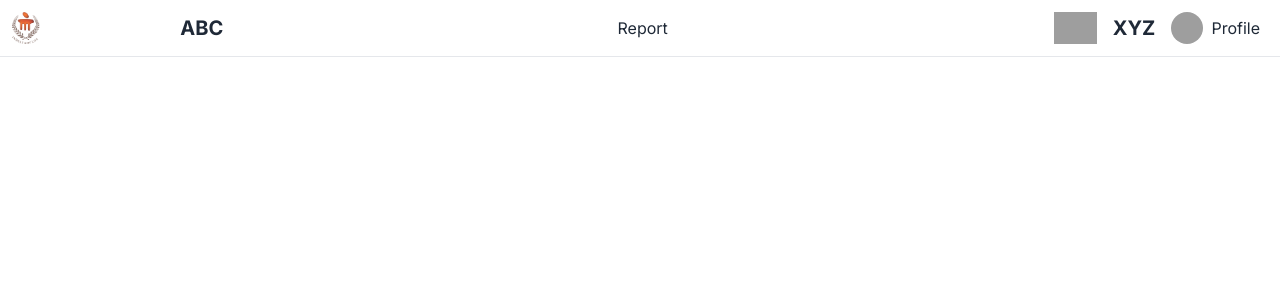
Repository: gauravbhindwar/mentorlink
Page: /pages/admin/admindashboard
These files come from the project's save history. The page is drawn as it stood at one moment and after the next save; the edit follows.
The browser window is 1280 px wide. The pictures show the whole page.
Pictures or frames that could not be fetched are drawn as grey boxes. The project was rebuilt for these pictures with package versions that can differ from the ones it lists, and the page was loaded fresh each time. The framework's server and built-in components were replaced by stand-ins that run in the browser. Also part of the build but not shown: next.config.js, next.config.ts.

Above is the page before, as saved 2024-11-06 17:06:55.

After the next save:
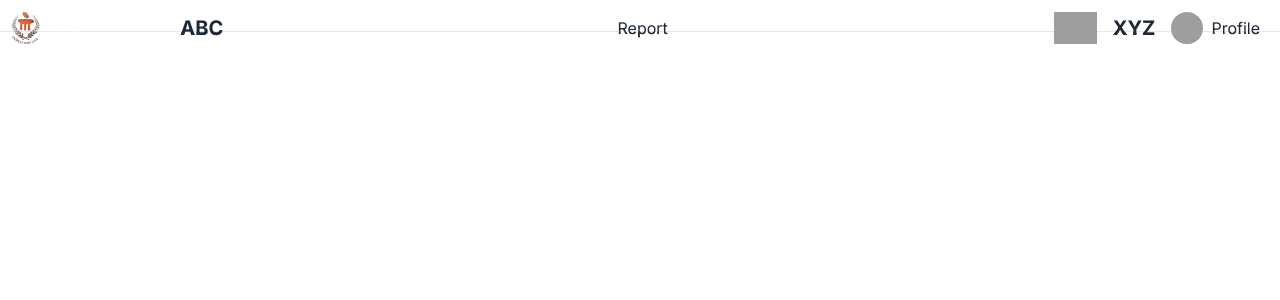
Saved 43 s later.
--- a/src/components/subComponents/Navbar.jsx
+++ b/src/components/subComponents/Navbar.jsx
@@ -17,7 +17,7 @@ const Navbar = () => {
     }
     return (
         <>
-            <nav className="fixed top-0 z-50 w-full bg-white border-b border-gray-200 dark:bg-gray-800 dark:border-gray-700" >
+            <nav className="fixed top-0 z-50 w-full bg-white border-b max-h-[32px] border-gray-200 dark:bg-gray-800 dark:border-gray-700" >
                 <div className="px-3 py-3 lg:px-5 lg:pl-3">
                     <div className="flex items-center justify-between">
 
